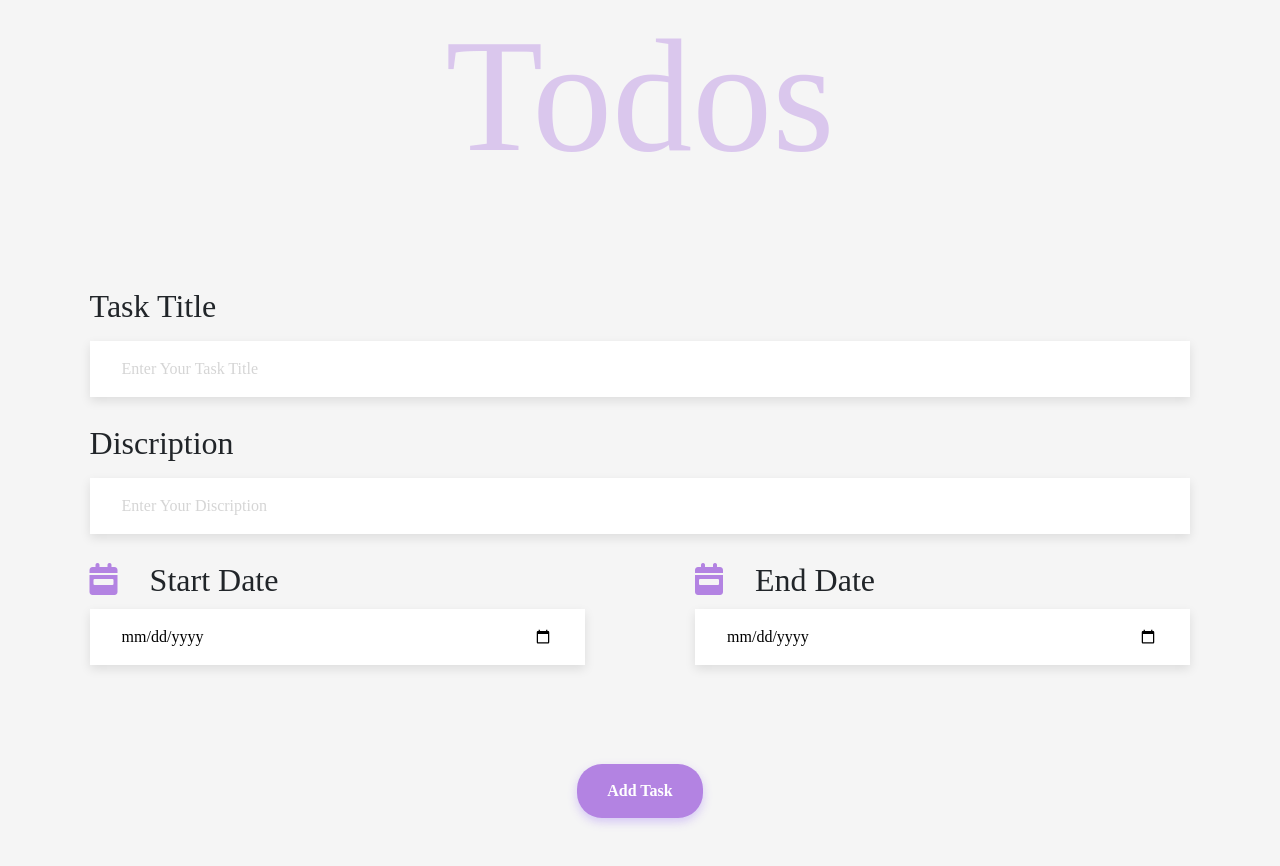
Repository: Surahailat/TypeScript
Page: Mini project 10-3/Project-TS.html
The author's editor kept a copy of each file at every save. The page is drawn from the files as they stood at one save, then again after the next save.
The browser window is 1280 px wide. The pictures show the whole page.

Above is the page before, as saved 2025-03-11 09:41:10.

### Mini project 10-3/Project-TS.html
<!DOCTYPE html>
<html lang="en">

<head>
    <meta charset="UTF-8">
    <meta name="viewport" content="width=device-width, initial-scale=1.0">
    <title>Document</title>
    <link href="https://cdnjs.cloudflare.com/ajax/libs/font-awesome/6.0.0-beta3/css/all.min.css" rel="stylesheet">
    <link href="https://cdn.jsdelivr.net/npm/bootstrap@5.3.3/dist/css/bootstrap.min.css" rel="stylesheet"
        integrity="sha384-QWTKZyjpPEjISv5WaRU9OFeRpok6YctnYmDr5pNlyT2bRjXh0JMhjY6hW+ALEwIH" crossorigin="anonymous">
    <style>
        * {
            box-sizing: border-box;
        }

        body {
            background-color: #f5f5f5;
            font-family: cursive;
                    margin: 0;
        }

        h1 {
            color: rgb(179, 131, 226);
            font-size: 10rem;
            text-align: center;
            opacity: 0.4;

        }

        .form {
            margin: 7%;
        }

        .input {
            width: 400px;
            max-width: 100%;
            box-shadow: 0px 4px 10px rgb(0, 0, 0, 0.1);
            margin: auto;
            margin-top: 1%;
            border: none;
            width: 100%;
            display: block;
            padding: 1rem 2rem;
            font-size: 1rem;
            margin-bottom: 2%;
        }

        .input::placeholder {
            color: #d5d5d5;

        }

        .date {
            display: flex;
            flex-direction: row;
            width: 100%;
            justify-content: space-between;
        }

        .form-group {
            width: 45%;
        }

        /* .AddTask {
            background-color: #b383e2;
            color: #d5d5d5;
            text-align: center;
            border: none;
            padding: 17px 34px;
        }*/

        .butt {
            text-align: center;
        }
        .AddTask {
            background-color: #b383e2; /* لون بنفسجي راقي */
            color: white;
            text-align: center;
            border: none;
            padding: 15px 30px;
            font-size: 16px;
            font-weight: bold;
            border-radius: 25px; /* يجعل الزر ناعماً */
            cursor: pointer;
            transition: all 0.3s ease-in-out;
            box-shadow: 0 4px 10px rgba(139, 92, 246, 0.3);
        }

        .AddTask:hover {
            background-color: #a56ae1; /* لون أغمق عند التمرير */
            box-shadow: 0 6px 15px rgba(124, 58, 237, 0.4);
            transform: scale(1.05);
        }

        .AddTask:active {
            background-color: #6d28d9;
            transform: scale(0.98);
        }
        .task-card {
            background-color: #6a0dad;
            color: white;
            border-radius: 15px;
            padding: 20px;
            position: relative;
            width: 300px;
        }
        .task-card .badge {
            position: absolute;
            top: -10px;
            right: 10px;
            background-color: #444;
            padding: 5px 10px;
            border-radius: 5px;
        }
        .task-card .date {
            display: flex;
            align-items: center;
            gap: 5px;
            margin-top: 10px;
        }
        .task-card .completed-btn {
            background-color: #aaf0d1;
            color: black;
            border-radius: 15px;
            padding: 5px 10px;
            border: none;
            font-weight: bold;
        }
        .task-card .actions {
            display: flex;
            align-items: center;
            justify-content: space-between;
            margin-top: 15px;
        }
        .task-card .icon {
            cursor: pointer;
            font-size: 18px;
            color: white;
        }
        .task-card .divider {
            border-top: 1px dashed #ccc;
            margin: 15px 0;
        }
        .task-card .delete-btn {
            background: none;
            border: none;
            color: white;
            font-size: 18px;
            cursor: pointer;
        }
        .container{
            display: flex;
            gap: 100px;
            flex-wrap: wrap;
        }
        label{
            font-size: 2rem;
        }
    </style>
</head>

<body>
    <h1>Todos</h1>
    <div class="form">
        <Label>Task Title</Label>
        <input type="text" class="input" placeholder="Enter Your Task Title " autocomplete="off" id="title">
        <Label>Discription</Label>
        <input type="text" class="input" placeholder="Enter Your Discription " autocomplete="off" id="discription">
        <div class="date">
            <div class="form-group">
                <Label><i class="fa-solid fa-calendar-week" style="color: #b383e2;"></i> &nbsp;&nbsp;&nbsp;Start
                    Date</Label>
                <input type="date" class="input" autocomplete="off" id="startDate">
            </div>
            <div class="form-group">
                <Label><i class="fa-solid fa-calendar-week" style="color: #b383e2;"></i>&nbsp;&nbsp;&nbsp; End
                    Date</Label>
                <input type="date" class="input" autocomplete="off" id="endDate">
            </div>
        </div>
    </div>
    <div class="butt">
        <button type="submit" class="AddTask" onclick="save(event)">Add Task</button>
    </div>
        <div class="container d-flex justify-content-center mt-5" id="view">
<!-- view data -->
    </div>
    <script src="https://cdn.jsdelivr.net/npm/bootstrap@5.3.3/dist/js/bootstrap.bundle.min.js"
        integrity="sha384-YvpcrYf0tY3lHB60NNkmXc5s9fDVZLESaAA55NDzOxhy9GkcIdslK1eN7N6jIeHz"
        crossorigin="anonymous"></script>
    <script src="Project-TS.js"></script>
</body>

</html>

Loaded but not shown: Mini project 10-3/Project-TS.js (no copy from this time; the picture is the same without it)

After the next save:
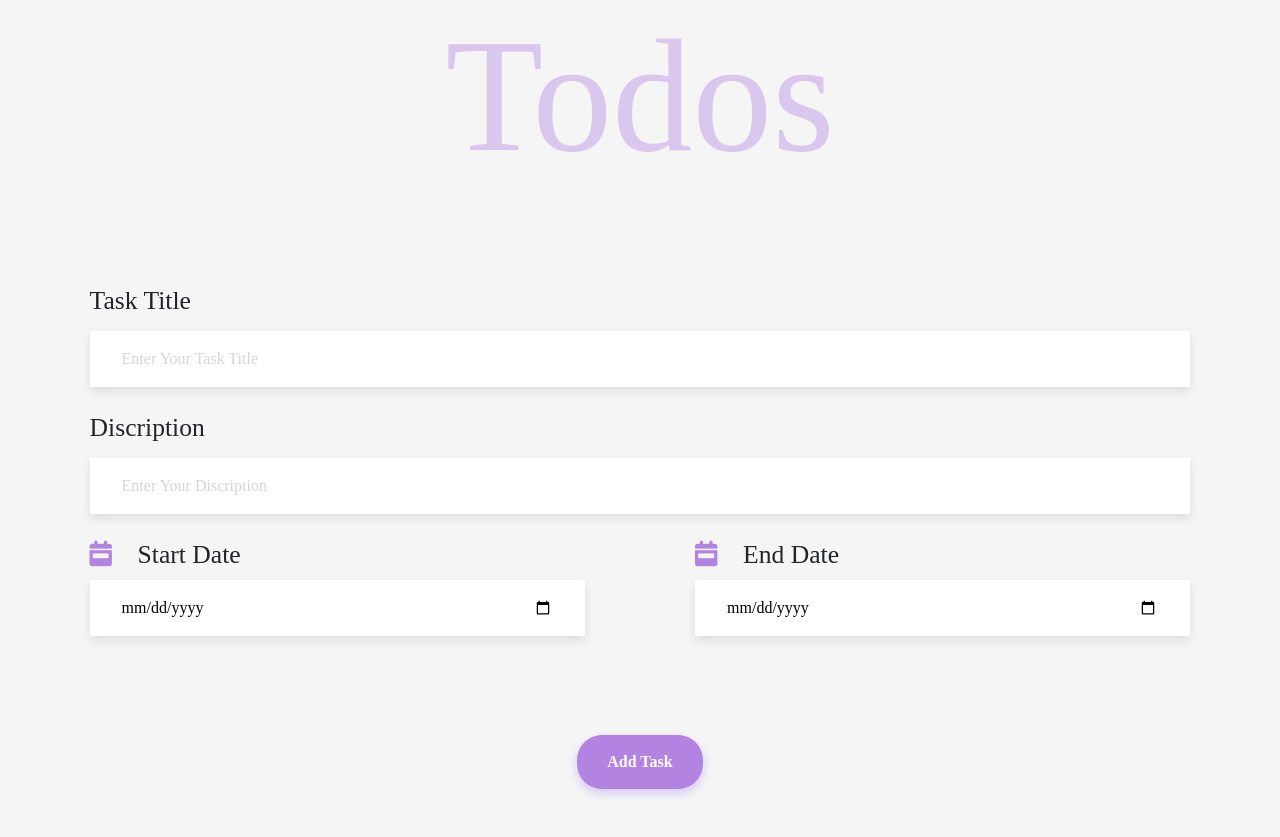
Saved 13 s later.
--- a/Mini project 10-3/Project-TS.html
+++ b/Mini project 10-3/Project-TS.html
@@ -154,7 +154,7 @@
             flex-wrap: wrap;
         }
         label{
-            font-size: 2rem;
+            font-size: 1.6rem;
         }
     </style>
 </head>
